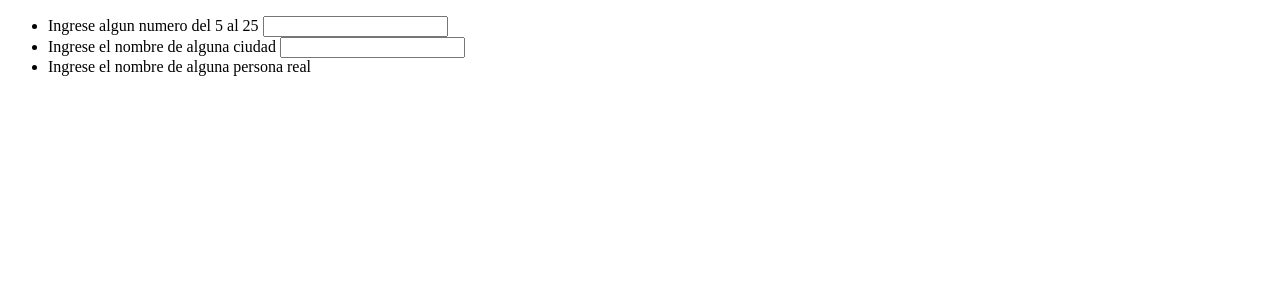
Repository: fanoneytor/condingDojo-JavaSpring
Page: http://localhost/Omikuji/WEB-INF/index.jsp
The author's editor kept a copy of each file at every save. The page is drawn from the files as they stood at one save, then again after the next save.
The browser window is 1280 px wide. The pictures show the whole page.
The page is served by Tomcat 9. Nobody is signed in. Other server files are loaded and not shown. The template is opened directly, without the code that normally fills it, so the values that code supplies are empty.

Above is the page before, as saved 2023-03-12 17:13:14.

### workspace/Omikuji/src/main/webapp/WEB-INF/index.jsp
<%@ page language="java" contentType="text/html; charset=UTF-8"
    pageEncoding="UTF-8"%>
<%@ taglib prefix = "c" uri = "http://java.sun.com/jsp/jstl/core" %>
<!DOCTYPE html>
<html>
<head>
<meta charset="UTF-8">
<title>Omikuji</title>
</head>
<body>
	<div class="container">
		<form action="">
			<ul>
				<li>
					<label for="numero">Ingrese algun numero del 5 al 25</label>
					<input type="number" />
				</li>
				<li>
					<label for="nombreCiudad">Ingrese el nombre de alguna ciudad</label>
					<input type="text" />
				</li>
				<li>
					<label for="nombre">Ingrese el nombre de alguna persona real</label>
				</li>
			</ul>

		</form>
	</div>

</body>
</html>

After the next save:
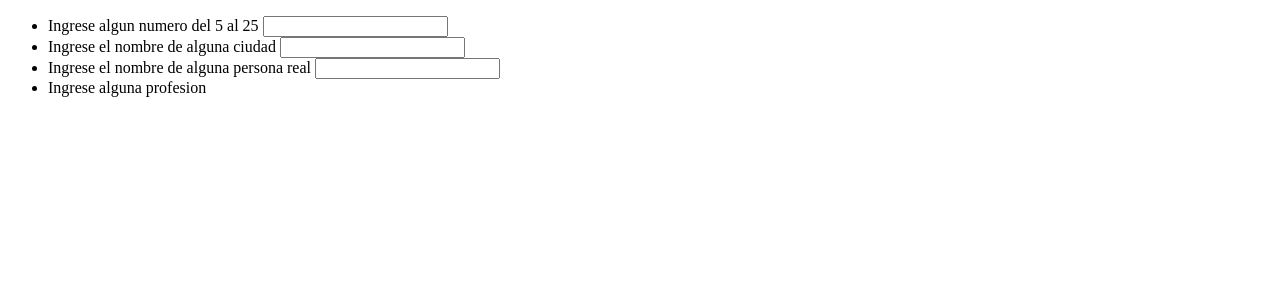
Saved 48 s later.
--- a/workspace/Omikuji/src/main/webapp/WEB-INF/index.jsp
+++ b/workspace/Omikuji/src/main/webapp/WEB-INF/index.jsp
@@ -21,6 +21,10 @@
 				</li>
 				<li>
 					<label for="nombre">Ingrese el nombre de alguna persona real</label>
+					<input type="text" />
+				</li>
+				<li>
+					<label for="profesion">Ingrese alguna profesion</label>
 				</li>
 			</ul>
 
